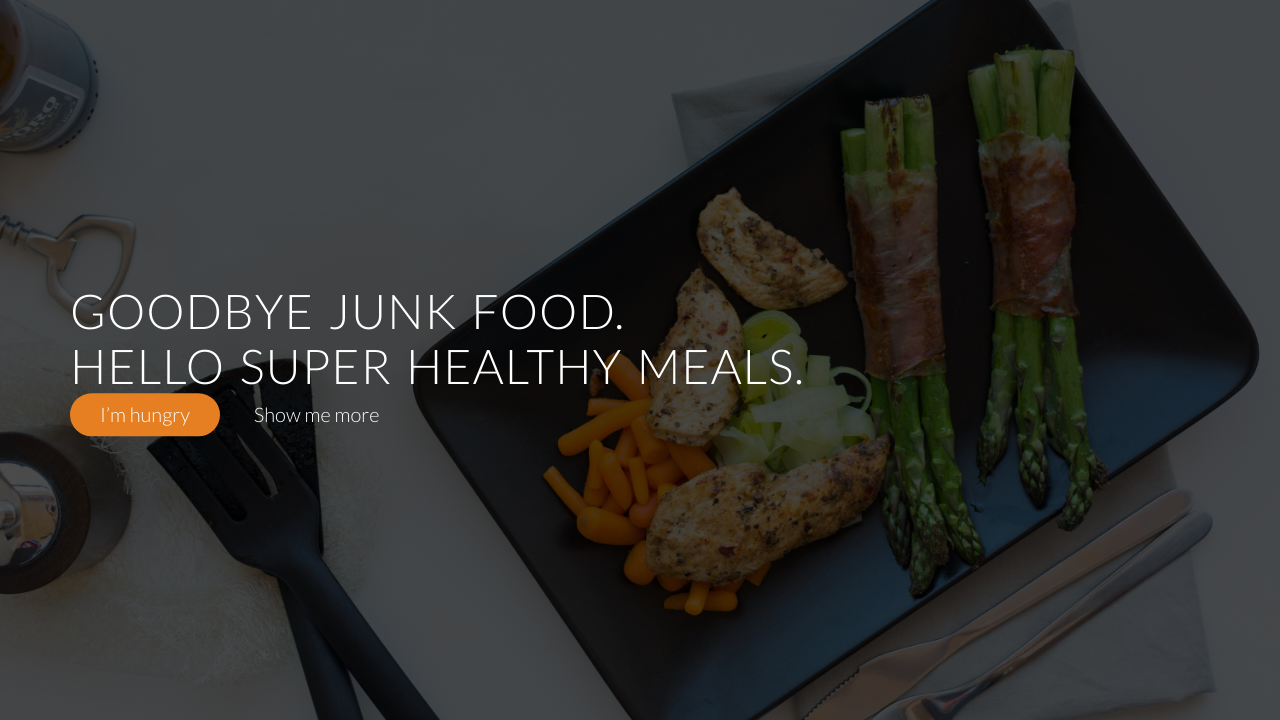
Repository: MalgorzataMazur/Omnifood
Page: index.html
The author's editor kept a copy of each file at every save. The page is drawn from the files as they stood at one save, then again after the next save.
The browser window is 1280 px wide. The pictures show the whole page.

Above is the page before, as saved 2019-10-23 20:58:37.

After the next save:
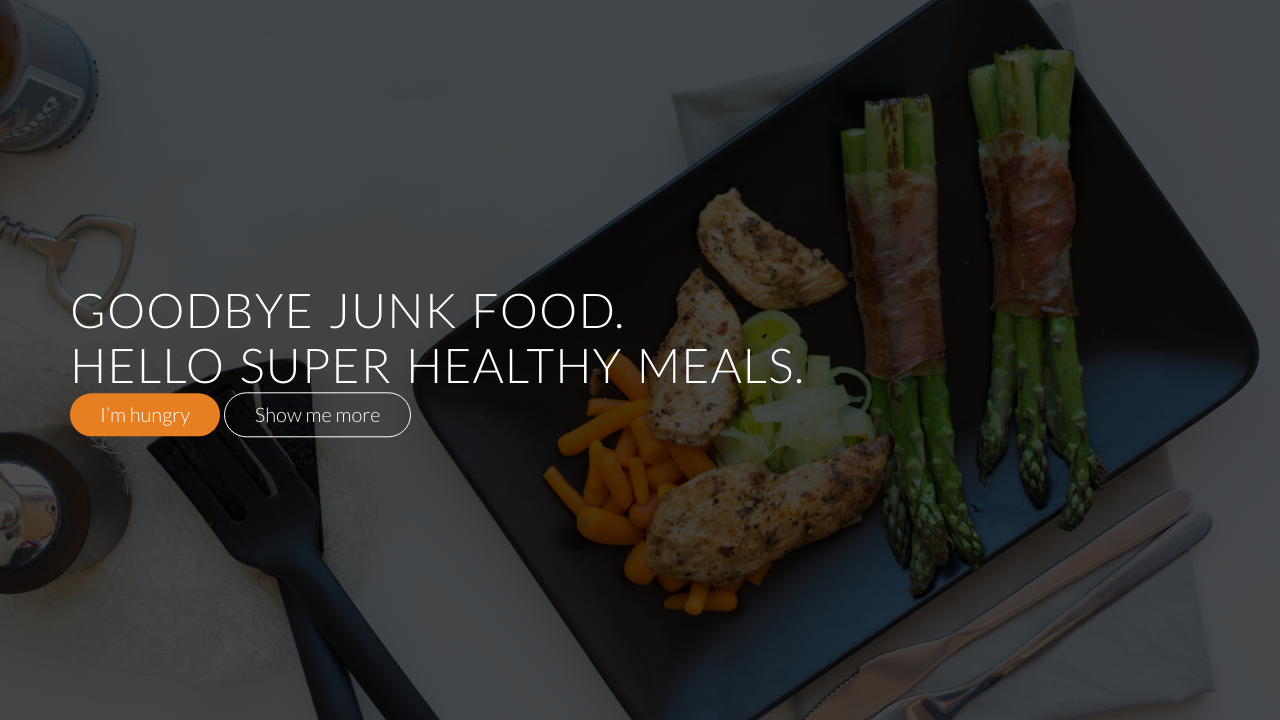
Saved 43 s later.
--- a/resources/css/style.css
+++ b/resources/css/style.css
@@ -55,3 +55,7 @@ h1 {
     background-color: #e67e22;
 
 }
+
+.btn-ghost {
+    border: 1px solid
+}
